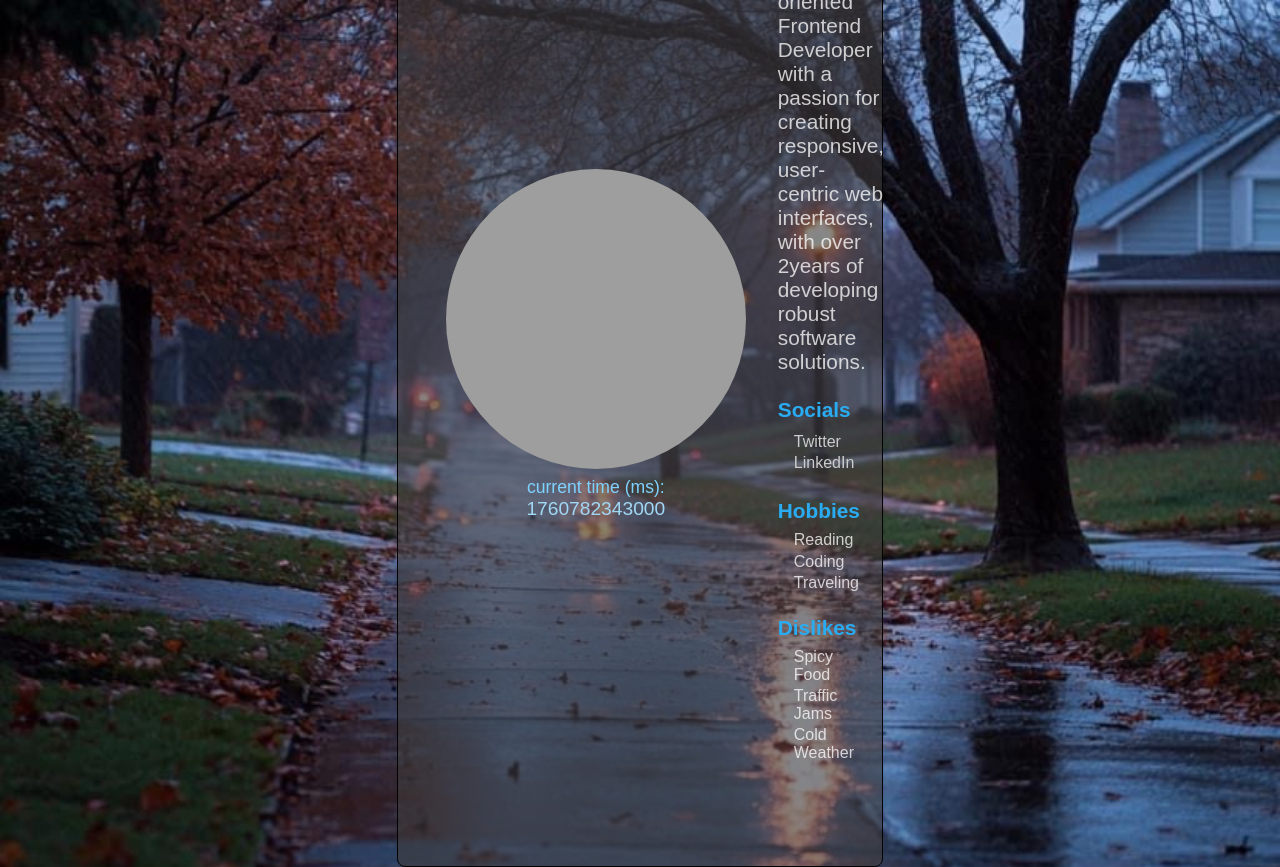
Repository: ebenezertiewei/profileCard
Page: index.html
These files come from the project's save history. The page is drawn as it stood at one moment and after the next save; the edit follows.
The browser window is 1280 px wide. The pictures show the whole page.
Pictures or frames that could not be fetched are drawn as grey boxes.

Above is the page before, as saved 2025-10-18 12:06:00.

### index.html
<!DOCTYPE html>
<html lang="en">
	<head>
		<meta charset="UTF-8" />
		<meta name="viewport" content="width=device-width, initial-scale=1.0" />
		<title>Profile Card</title>
		<link rel="stylesheet" href="style.css" />
	</head>
	<body>
		<!--------------------------------- PROFILE CARD CONTAINER ---------------------------->
		<article data-testid="test-profile-card">
			<!---------------------------------- PROFILE HEADER ---------------------------->
			<section id="profileHeader" data-testid="test-profile-header">
				<figure>
					<img
						src="https://ca.slack-edge.com/T09AMR8A9C3-U09L73CQQ2K-7e805defcf15-512"
						alt="Profile Avatar"
						data-testid="test-user-avatar"
						id="profileAvatar"
					/>
					<!-- <figcaption>Ebenezer King</figcaption> -->
				</figure>

				<!----------- current time----------->
				<span data-testid="test-user-time-header" class="time-header">
					current time (ms):
					<p data-testid="test-user-time"></p>
				</span>
			</section>
			<!---------------------------------- PROFILE DETAILS ---------------------------->
			<section id="profileDetails" data-testid="test-profile-details">
				<h3 data-testid="test-user-bio-header" class="bio-header">Bio</h3>
				<p data-testid="test-user-bio">
					A detail-oriented Frontend Developer with a passion for creating
					responsive, user-centric web interfaces, with over 2years of
					developing robust software solutions.
				</p>
				<!--------------------- social links ------------->
				<h3
					data-testid="test-user-social-links-header"
					class="social-links-header"
				>
					Socials
				</h3>
				<nav data-testid="test-user-social-links">
					<ul>
						<li>
							<a
								href="https://x.com/txch_king?s=11&t=o3w1r65yzU2hxbP-LDD1ug"
								target="_blank"
								rel="noopener noreferrer"
								data-testid="test-user-social-twitter"
							>
								Twitter
							</a>
						</li>
						<li>
							<a
								href="https://www.linkedin.com/in/ebenezer-t-093b21320/"
								target="_blank"
								rel="noopener noreferrer"
								data-testid="test-user-social-linkedin"
							>
								LinkedIn
							</a>
						</li>
					</ul>
				</nav>
				<!--------------------- hobbies ------------->
				<section data-testid="test-user-hobbies">
					<h3 data-testid="test-user-hobbies-header" class="hobbies-header">
						Hobbies
					</h3>
					<ul>
						<li>Reading</li>
						<li>Coding</li>
						<li>Traveling</li>
					</ul>
				</section>
				<!--------------------- dislikes ------------->
				<section data-testid="test-user-dislikes">
					<h3 data-testid="test-user-dislikes-header" class="dislikes-header">
						Dislikes
					</h3>
					<ul>
						<li>Spicy Food</li>
						<li>Traffic Jams</li>
						<li>Cold Weather</li>
					</ul>
				</section>
			</section>
		</article>

		<!-- javascript link -->
		<script src="script.js"></script>
	</body>
</html>

### style.css
/* ---------------------------------------------------------------- */
/*--------------- Project body general style ---------------*/
html {
	width: 100dvw;
	font-family: Arial, sans-serif;
	font-size: 1rem;
	font-weight: 400;
}
body {
	background-color: #605a5a;
	background-image: url("./assets/states.jpg");
	background-size: cover;
	background-position: center;
	background-repeat: no-repeat;
	/* height: 100%; */
	width: 100%;
}
* {
	padding: 0;
	margin: 0;
	border: 0;
	box-sizing: border-box;
	outline: none;
}

/*--------------------------MOBILE WORKFLOW---------------------*/
/*--------------profile card container -------------------*/
article[data-testid="test-profile-card"] {
	/* height: 100%; */
	width: 100%;
	padding: 3rem 1rem;
	background-color: rgba(61, 58, 58, 0.6);
	color: rgba(255, 255, 255, 0.761);
	display: flex;
	flex-direction: column;
	align-items: center;
	border: 1px solid #020202;
	border-radius: 8px;
	box-shadow: 0 2px 4px rgba(0, 0, 0, 0.1);
}

/*-------------  PROFILE HEADER  -------------*/
#profileHeader {
	width: 100%;
	display: flex;
	flex-direction: column;
	padding: 1rem 0;
	/* background-color: orange; */
}
#profileHeader figure {
	display: flex;
	flex-direction: column;
	align-items: center;
	margin-bottom: 0.5rem;
}
/*------------- profile header image -------------*/
#profileHeader img {
	border-radius: 50%;
	width: 300px;
	height: 300px;
	object-fit: cover;
}
#avatarUpload::file-selector-button {
	background-color: rgba(61, 58, 58, 0.6);
	color: #a8a8a8;
	padding: 0.5rem 1rem;
	border: 1px solid #555555;
	border-radius: 6px;
	cursor: pointer;
	font-size: 0.9rem;
	transition: background 0.3s;
}
#avatarUpload::file-selector-button:hover {
	background-color: #45a049;
	color: black;
}
#avatarUpload {
	color: #a8a8a8;
}
#avatarUrl::placeholder {
	background-color: rgb(61, 58, 58);
	color: #a8a8a8;
}
#avatarUrl {
	/* color: #ccc; */
	padding: 0.5rem;
	background-color: rgb(61, 58, 58);
	border: 1px solid #555555;
	border-radius: 6px;
}
/*--------------profile name --------------*/
#profileHeader h2 {
	display: flex;
	justify-content: center;
	margin: 0.5rem 0;
	font-size: 2rem;
	font-weight: 600;
	color: #2aacf3;
}
/*-------------- current time --------------*/
#profileHeader span[data-testid="test-user-time-header"] {
	display: flex;
	flex-direction: column;
	justify-content: center;
	align-items: center;
	font-size: 1.1rem;
	margin-bottom: 1rem;
	color: #7ed2ff;
}
#profileHeader p[data-testid="test-user-time"] {
	margin-bottom: 1rem;
	font-size: 1.2rem;
	color: #a1d8f6;
}
/*--------------  PROFILE DETAILS  --------------*/
.bio-header {
	display: flex;
	flex-direction: column;
	justify-content: start;
	margin-bottom: 0.5rem;
	font-size: 1.3rem;
	color: #2aacf3;
}
#profileDetails p[data-testid="test-user-bio"] {
	font-size: 1.3rem;
	margin-bottom: 1.5rem;
}
/* ------------------ social links --------------- */
.social-links-header {
	display: flex;
	flex-direction: column;
	justify-content: start;
	margin-bottom: 0.5rem;
	font-size: 1.3rem;
	color: #2aacf3;
}
#profileDetails nav[data-testid="test-user-social-links"] {
	display: flex;
	flex-direction: column;
	justify-content: start;
	margin-bottom: 1.5rem;
}
#profileDetails nav[data-testid="test-user-social-links"] ul {
	list-style: none;
}
#profileDetails nav[data-testid="test-user-social-links"] li {
	margin: 0.2rem 1rem;
}
#profileDetails nav[data-testid="test-user-social-links"] a {
	color: #ccc;
	text-decoration: none;
}
#profileDetails nav[data-testid="test-user-social-links"] a:hover {
	text-decoration: underline;
}
/* ------------------ hobbies --------------- */
.hobbies-header {
	display: flex;
	flex-direction: column;
	justify-content: start;
	margin-bottom: 0.5rem;
	font-size: 1.3rem;
	color: #2aacf3;
}
#profileDetails section[data-testid="test-user-hobbies"] ul {
	list-style: none;
	margin-bottom: 1.5rem;
}
#profileDetails section[data-testid="test-user-hobbies"] li {
	margin: 0.2rem 1rem;
}
/* ------------------ dislikes --------------- */
.dislikes-header {
	display: flex;
	flex-direction: column;
	justify-content: start;
	margin-bottom: 0.5rem;
	font-size: 1.3rem;
	color: #2aacf3;
}
#profileDetails section[data-testid="test-user-dislikes"] ul {
	list-style: none;
	margin-bottom: 1.5rem;
}
#profileDetails section[data-testid="test-user-dislikes"] li {
	margin: 0.2rem 1rem;
}

/* ---------------------------------- MEDIA QUERY ------------------------------- */
/* ------------------- tablet ------------------- */
@media (min-width: 768px) {
	html {
		height: 100dvh;
	}
	body {
		height: 100%;
		display: flex;
		justify-content: center;
		align-items: center;
		padding: 0 2rem;
	}
	article[data-testid="test-profile-card"] {
		display: flex;
		flex-direction: row;
		width: 100%;
		gap: 2rem;
	}
}
/* ------------------- desktop ------------------- */
@media (min-width: 1024px) {
	article[data-testid="test-profile-card"] {
		width: 40%;
		padding: 5rem 3rem;
	}
}

### script.js
// --------------------------------------------------------------------------
// ------------------- current time in milliseconds ----------
window.addEventListener("DOMContentLoaded", () => {
	const timeElement = document.querySelector('[data-testid="test-user-time"]');

	function updateTime() {
		const currentTime = Date.now();
		timeElement.textContent = currentTime;
	}

	updateTime();
	setInterval(updateTime, 100);
});

After the next save:
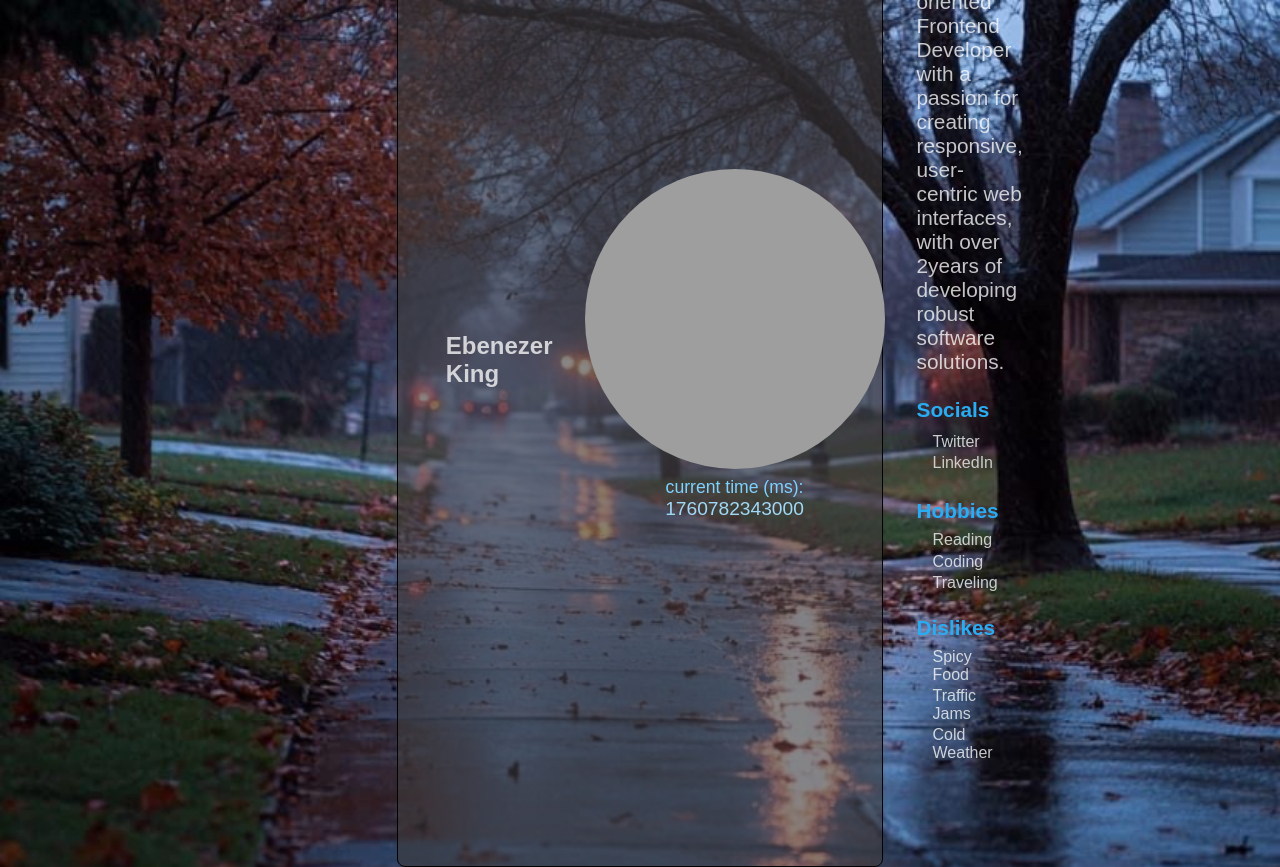
Saved 4 s later.
--- a/index.html
+++ b/index.html
@@ -9,6 +9,8 @@
 	<body>
 		<!--------------------------------- PROFILE CARD CONTAINER ---------------------------->
 		<article data-testid="test-profile-card">
+			<!----------- user name ----------->
+			<h2 data-testid="test-user-name">Ebenezer King</h2>
 			<!---------------------------------- PROFILE HEADER ---------------------------->
 			<section id="profileHeader" data-testid="test-profile-header">
 				<figure>
